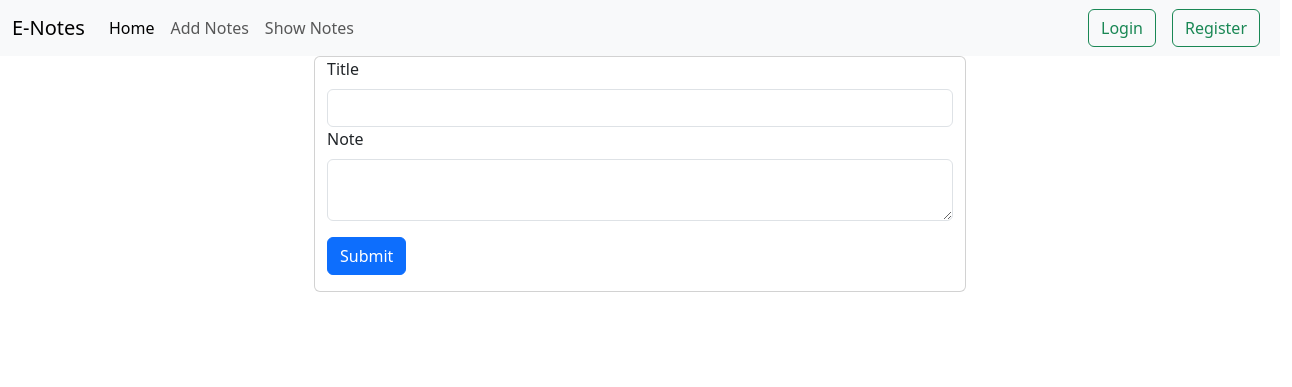
Repository: SandeepSharma2002/JavaProjects
Page: http://localhost/ENotes/addNotes.jsp
These files come from the project's save history. The page is drawn as it stood at one moment and after the next save; the edit follows.
The browser window is 1280 px wide. The page is 1292 px wide, so the pictures cover 1292 px, including what lies to the right of the window. The pictures show the whole page.
The page is served by Tomcat 9. Other server files are loaded and not shown.

Above is the page before, as saved 2023-10-24 18:49:20.

### ENotes/src/main/webapp/addNotes.jsp
<%@ page language="java" contentType="text/html; charset=ISO-8859-1"
	pageEncoding="ISO-8859-1"%>
<!DOCTYPE html>
<html>
<head>
<meta charset="ISO-8859-1">
<%@ include file="Components/allcss.jsp"%>
<title>Insert title here</title>
</head>
<body>
	<%@include file="Components/Navbar.jsp"%>
	<div class="row">
		<div class="card container-fluid col-md-6">

			<form>
				<div class="mb-3">
					<label for="exampleInputEmail1" class="form-label">Title</label> <input
						type="text" class="form-control" id="exampleInputEmail1"
						aria-describedby="emailHelp">

					<div class="mb-3">
						<label for="exampleInputPText1" class="form-label">Note</label> <textarea
						row ="10"	type="text" class="form-control" id="exampleInputPassword1"></textarea>
					</div>

					<button type="submit" class="btn btn-primary">Submit</button>
			</form>

		</div>
	</div>
</body>
</html>

### ENotes/src/main/webapp/Components/allcss.jsp
<link ref="stylesheet" href="Style/Style.css" />

<link
	href="https://cdn.jsdelivr.net/npm/bootstrap@5.3.2/dist/css/bootstrap.min.css"
	rel="stylesheet"
	integrity="sha384-T3c6CoIi6uLrA9TneNEoa7RxnatzjcDSCmG1MXxSR1GAsXEV/Dwwykc2MPK8M2HN"
	crossorigin="anonymous">

<link rel="stylesheet"
	href="https://cdnjs.cloudflare.com/ajax/libs/font-awesome/6.4.2/css/all.min.css"
	integrity="sha512-z3gLpd7yknf1YoNbCzqRKc4qyor8gaKU1qmn+CShxbuBusANI9QpRohGBreCFkKxLhei6S9CQXFEbbKuqLg0DA=="
	crossorigin="anonymous" referrerpolicy="no-referrer" />


<script
	src="https://cdn.jsdelivr.net/npm/bootstrap@5.3.2/dist/js/bootstrap.bundle.min.js"
	integrity="sha384-C6RzsynM9kWDrMNeT87bh95OGNyZPhcTNXj1NW7RuBCsyN/o0jlpcV8Qyq46cDfL"
	crossorigin="anonymous"></script>

### ENotes/src/main/webapp/Components/Navbar.jsp
<%@page import="com.User.UserDetails"%>
<nav class="navbar navbar-expand-lg navbar-light bg-light">
	<div class="container-fluid">
		<a class="navbar-brand" href="index.jsp">E-Notes</a>
		<button class="navbar-toggler" type="button" data-bs-toggle="collapse"
			data-bs-target="#navbarSupportedContent"
			aria-controls="navbarSupportedContent" aria-expanded="false"
			aria-label="Toggle navigation">
			<span class="navbar-toggler-icon"></span>
		</button>
		<div class="collapse navbar-collapse" id="navbarSupportedContent">
			<ul class="navbar-nav me-auto mb-2 mb-lg-0">
				<li class="nav-item"><a class="nav-link active"
					aria-current="page" href="index.jsp">Home</a></li>
				<li class="nav-item"><a class="nav-link" href="#">Add Notes</a>
				</li>
				<li class="nav-item"><a class="nav-link" href="#">Show
						Notes</a></li>
			</ul>
			<form class="d-flex">
				<%
				UserDetails user = (UserDetails) session.getAttribute("User");
				if (user != null) {
				%>
				<a href="home.jsp"
					class="btn btn-outline-success my-2 my-sm-0 mx-sm-2" type="submit">Welcome
					<%=user.getName()%></a> <a
					class="btn btn-outline-success my-2 my-sm-0 mx-sm-2" type="submit"
				    >Logout</a>
				<%
				} else {
				%>
				<a href="LoginPage.jsp"
					class="btn btn-outline-success my-2 my-sm-0 mx-sm-2" type="submit">Login</a>
				<a href="RegisterPage.jsp"
					class="btn btn-outline-success my-2 my-sm-0 mx-sm-2" type="submit">Register</a>
				<%
				}
				%>



			</form>
		</div>
	</div>
</nav>

After the next save:
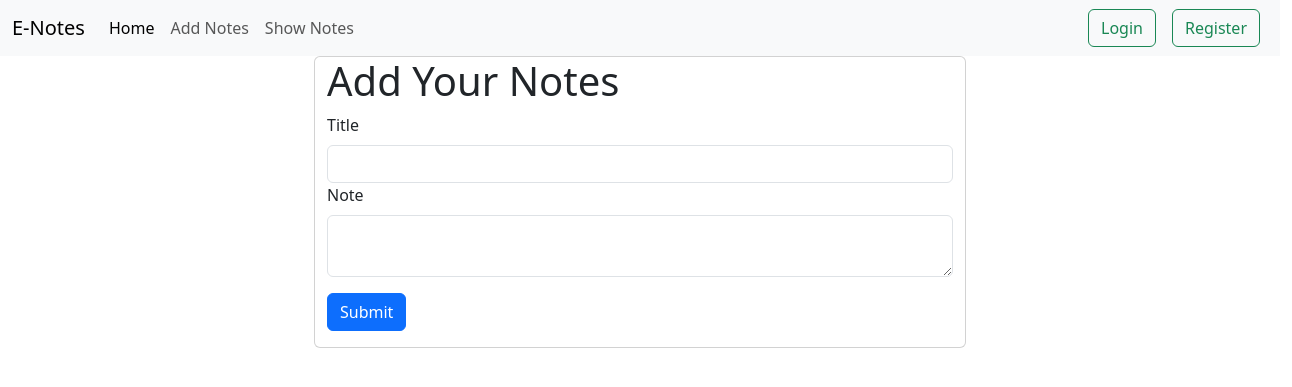
Saved 78 s later.
--- a/ENotes/src/main/webapp/addNotes.jsp
+++ b/ENotes/src/main/webapp/addNotes.jsp
@@ -11,7 +11,7 @@
 	<%@include file="Components/Navbar.jsp"%>
 	<div class="row">
 		<div class="card container-fluid col-md-6">
-
+             <h1>Add Your Notes</h1>
 			<form>
 				<div class="mb-3">
 					<label for="exampleInputEmail1" class="form-label">Title</label> <input
